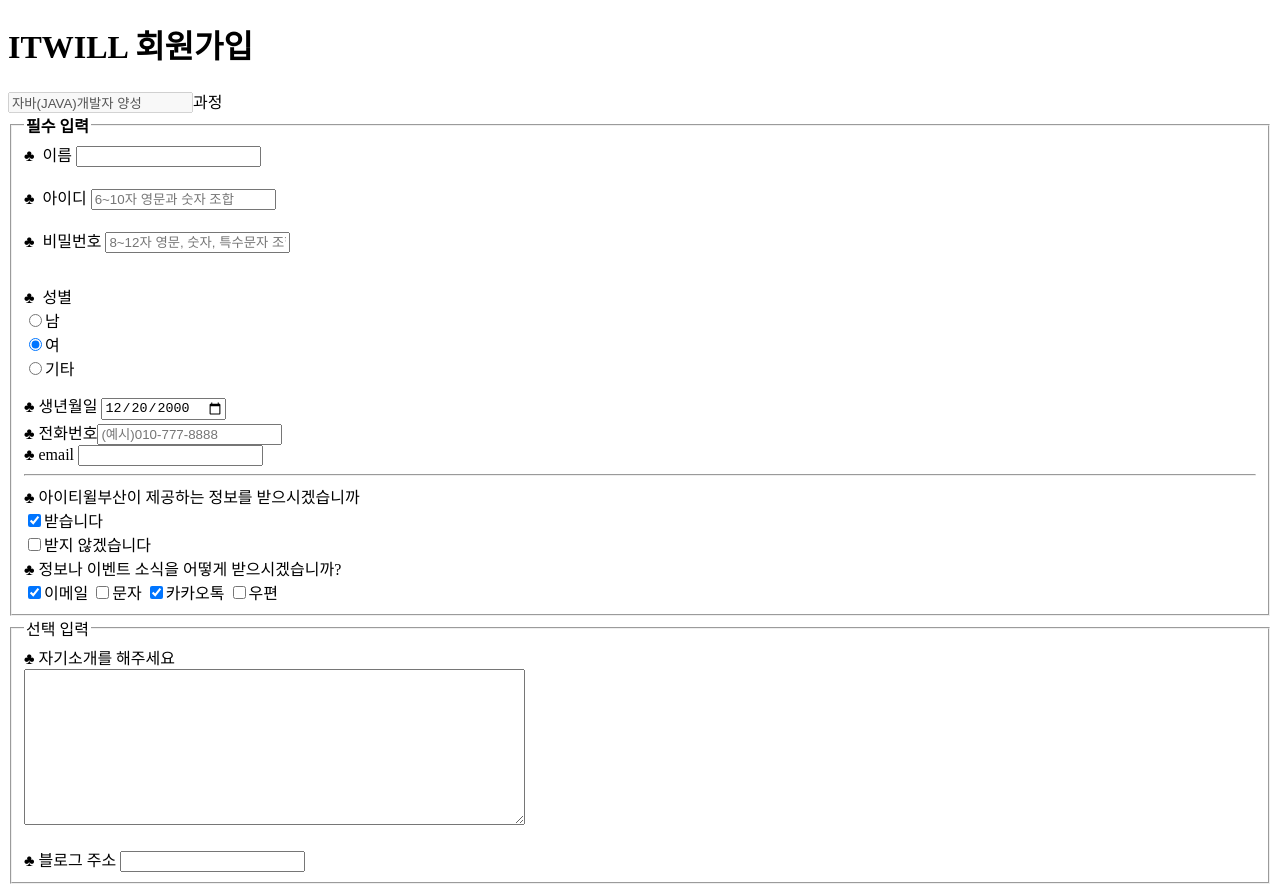
Repository: ReadStar/Web
Page: Html/html5/WebContent/form-test.html
An editor plug-in stored every save of this project. The page is shown before and after the next save, followed by the edit.
The browser window is 1280 px wide. The pictures show the whole page.

Above is the page before, as saved 2020-08-13 11:53:50.

### Html/html5/WebContent/form-test.html
<!DOCTYPE html>
<html>
<head>
<meta charset="UTF-8">
<title>Insert title here</title>
</head>
<body>
<h1>ITWILL 회원가입</h1>
<input type ="text" disabled="disabled" value = "자바(JAVA)개발자 양성">과정
<fieldset>
<legend><b>필수 입력</b></legend>
<b>♣</b> &nbsp;이름 <input type="text"><br><br>
<b>♣</b> &nbsp;아이디 <input type="text" placeholder="6~10자 영문과 숫자 조합"><br><br>
<b>♣</b> &nbsp;비밀번호 <input type="text" placeholder="8~12자 영문, 숫자, 특수문자 조합"><br><br>
<pre></pre>
<b>♣</b>&nbsp; 성별<br>
<input type="radio" name = "gender">남<br>
<input type="radio" name = "gender" checked="checked">여<br>
<input type="radio" name = "gender">기타<br>
<pre></pre>
<b>♣</b>&nbsp;생년월일&nbsp;<input type="date" value="2000-12-20" ><br>
<b>♣</b>&nbsp;전화번호<input type="tel" placeholder="(예시)010-777-8888"><br>
<b>♣</b>&nbsp;email&nbsp;<input type="email"><br>
<hr></hr>
<b>♣</b>&nbsp;아이티윌부산이 제공하는 정보를 받으시겠습니까<br>
<input type="checkbox" name="box" checked="checked">받습니다<br>
<input type="checkbox" name="box">받지 않겠습니다<br>
<b>♣</b>&nbsp;정보나 이벤트 소식을 어떻게 받으시겠습니까?<br>
<input type="checkbox" name="box2" checked="checked">이메일
<input type="checkbox" name="box2">문자
<input type="checkbox" name="box2" checked="checked">카카오톡
<input type="checkbox" name="box2">우편
</fieldset>

<fieldset>
<legend>선택 입력</legend>
<b>♣</b>&nbsp;자기소개를 해주세요<br>
<textarea cols="60" rows="10"></textarea><br><br>
<b>♣</b>&nbsp;블로그 주소 <input type="url">

</fieldset>
</body>
</html>

After the next save:
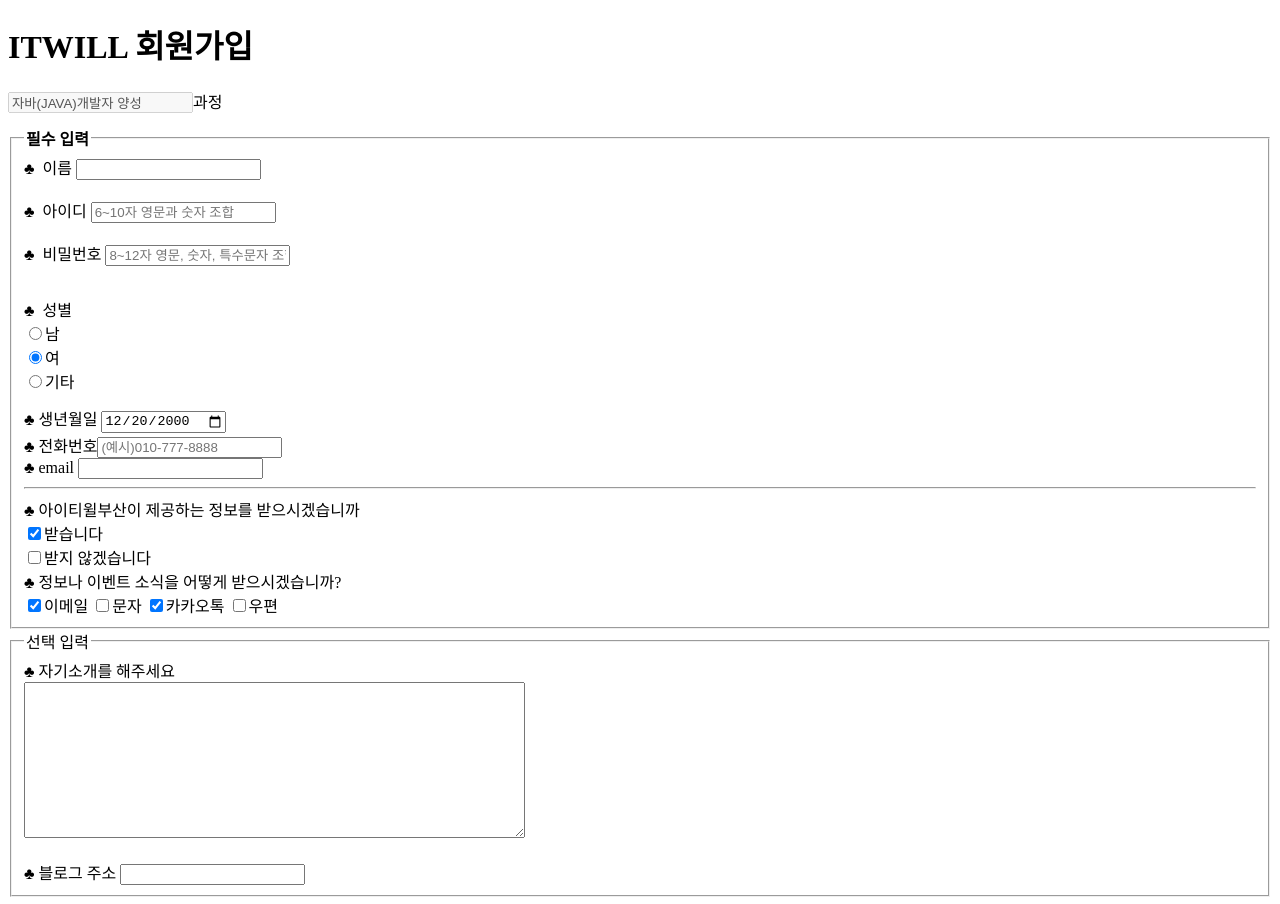
Saved 11 s later.
--- a/Html/html5/WebContent/form-test.html
+++ b/Html/html5/WebContent/form-test.html
@@ -6,7 +6,7 @@
 </head>
 <body>
 <h1>ITWILL 회원가입</h1>
-<input type ="text" disabled="disabled" value = "자바(JAVA)개발자 양성">과정
+<input type ="text" disabled="disabled" value = "자바(JAVA)개발자 양성">과정<pre></pre>
 <fieldset>
 <legend><b>필수 입력</b></legend>
 <b>♣</b> &nbsp;이름 <input type="text"><br><br>
